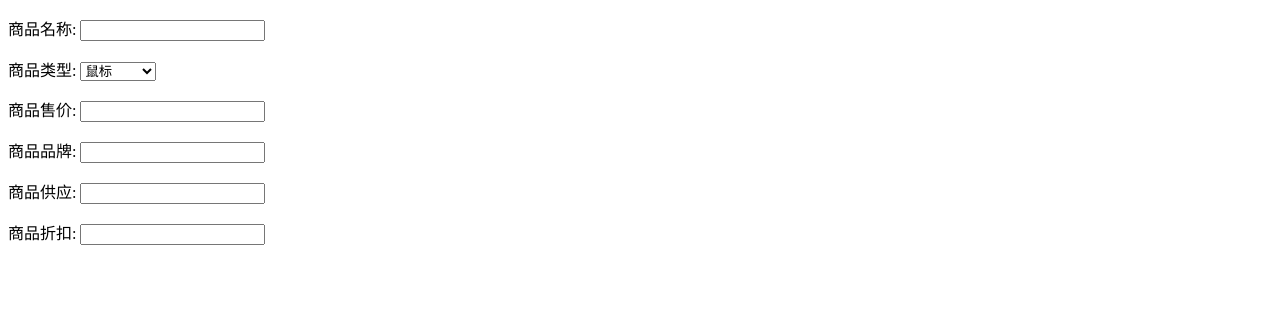
Repository: qyl1006/JavaApps
Page: workspace/html/WebContent/hello/input03.html
These files come from the project's save history. The page is drawn as it stood at one moment and after the next save; the edit follows.
The browser window is 1280 px wide. The pictures show the whole page.

Above is the page before, as saved 2018-02-27 11:22:37.

### workspace/html/WebContent/hello/input03.html
<!DOCTYPE html PUBLIC "-//W3C//DTD HTML 4.01 Transitional//EN" "http://www.w3.org/TR/html4/loose.dtd">
<html>
<head>
<meta http-equiv="Content-Type" content="text/html; charset=UTF-8">
<title>input03</title>
</head>
<body>

	<form action="#" method="get">
		<p>商品名称: <input type="text" name="name"/></p>
		<p>商品类型:
			<select name="type">
				<option value="mouse">鼠标</option>
				<option value="wireddMouse">有线鼠标</option>
				<option value="wirelessMouse">无线鼠标</option>
			</select>
		</p>
		<p>商品售价: <input type="text" name="price"/></p>
		<p>商品品牌: <input type="text" name="brand"/></p>
		<p>商品供应: <input type="text" name="supply"/></p>
		<p>商品折扣: <input type="text" name="discount"/></p>
	</form>

</body>
</html>

After the next save:
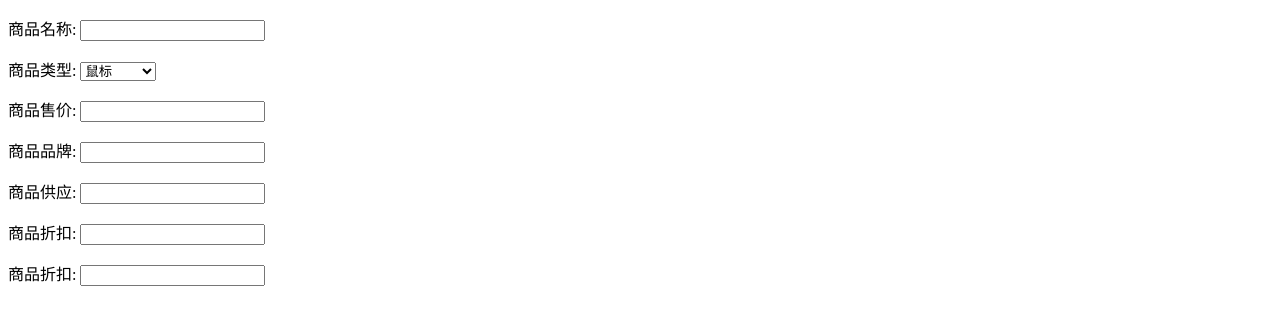
Saved 5 s later.
--- a/workspace/html/WebContent/hello/input03.html
+++ b/workspace/html/WebContent/hello/input03.html
@@ -19,6 +19,7 @@
 		<p>商品品牌: <input type="text" name="brand"/></p>
 		<p>商品供应: <input type="text" name="supply"/></p>
 		<p>商品折扣: <input type="text" name="discount"/></p>
+		<p>商品折扣: <input type="text" name="discount"/></p>
 	</form>
 
 </body>
